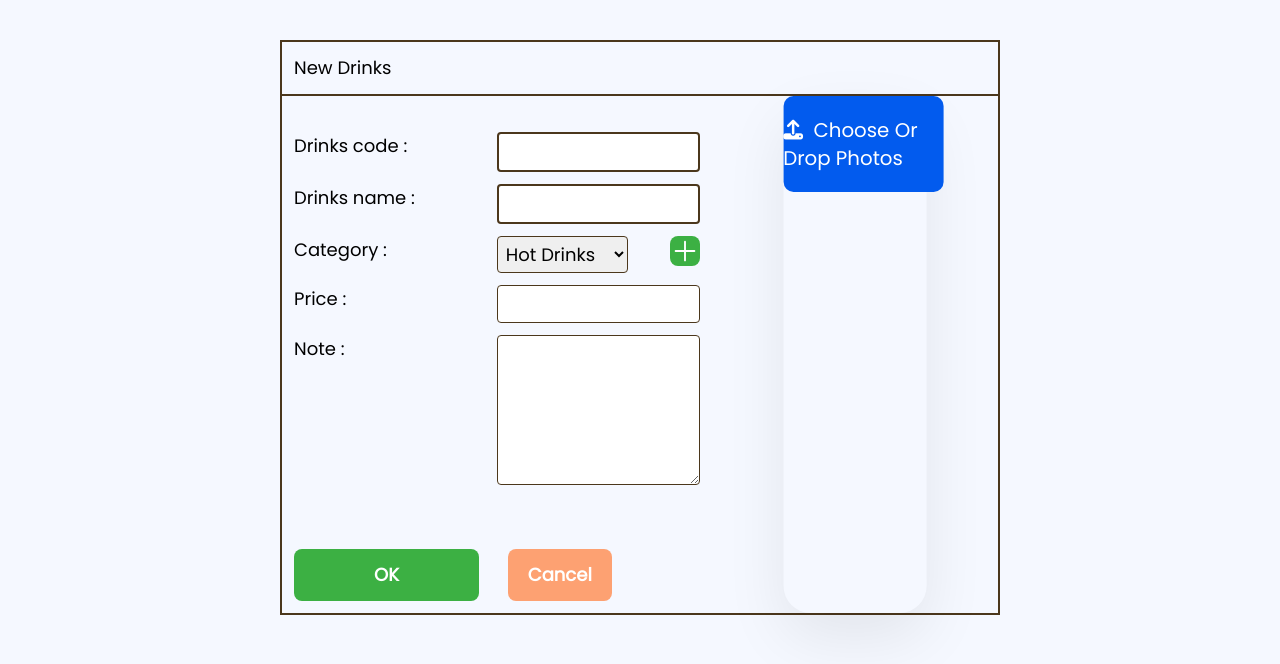
Repository: Dapravith/Midterm-SE-GIC-Cafe-Project-Group16
Page: src/main/resources/templates/addDrink.html
An editor plug-in stored every save of this project. The page is shown before and after the next save, followed by the edit.
The browser window is 1280 px wide. The pictures show the whole page.
Some web libraries are served in a nearby version.

Above is the page before, as saved 2023-05-16 22:46:38.

### src/main/resources/templates/addDrink.html
<!DOCTYPE html>
<html lang="en">

<head>
    <meta charset="UTF-8">
    <meta http-equiv="X-UA-Compatible" content="IE=edge">
    <meta name="viewport" content="width=device-width, initial-scale=1.0">
    <title>Add New Drink</title>
    <script src="https://cdn.tailwindcss.com"></script>
    <!-- Font Awesome Icons -->
    <link rel="stylesheet" href="https://cdnjs.cloudflare.com/ajax/libs/font-awesome/6.2.0/css/all.min.css" />
    <!-- Google Font -->
    <link href="https://fonts.googleapis.com/css2?family=Poppins&display=swap" rel="stylesheet" />
    <style>
        * {
            padding: 0;
            margin: 0;
            box-sizing: border-box;
            font-family: "Poppins", sans-serif;
        }

        body {
            background-color: #f5f8ff;
            justify-content: right;
        }

        button:hover {
            box-shadow: 0 13px 18px 0 rgba(151, 208, 27, 0.24), 0 19px 50px 0 rgba(238, 227, 21, 0.19);
        }

        .images {
            width: 20%;
            position: static;
            transform: translate(50%);
            left: 50%;
            right: 50%;
            box-shadow: 0 1.35em 3.43em rgba(0, 0, 0, 0.08);
            border-radius: 1.5em;
        }

        input[type="file"] {
            display: none;
        }

        .upload-images {
            display: block;
            position: relative;
            background-color: #025bee;
            color: #ffffff;
            font-size: 1.1em;
            width: 10rem;
            padding: 1em 0;
            border-radius: 0.5em;
            margin: 0 auto 1em auto;
            cursor: pointer;
        }

        #image-display {
            position: relative;
            width: 5%;
            margin: 0 auto;
            display: flex;
            justify-content: space-between;
            align-items: center;
            gap: 1.5em;
            flex-wrap: wrap;
        }

        #image-display figure {
            width: 10%;
        }

        #image-display img {
            width: 2em;
        }

        #image-display figcaption {
            font-size: 0.5em;
            text-align: center;
            justify-items: right;
            color: #5a5861;
        }

        .active {
            border: 0.2em dashed #025bee;
        }

        #error {
            text-align: center;
            color: #ff3030;
        }
    </style>
</head>

<body class="m-10 text-lg">
    <!-- Crud PRODUCTS -->
    <div class="new_drink w-[60%] h-fit m-auto  border-[2px] border-solid border-[#4B371C] ">
        <div class="head p-3">
            <h2>New Drinks</h2>
        </div>
        <div class="w-[100%] border-[1px] border-solid border-[#4B371C]"></div>
        <div class="flex">
            <div class="add_drink w-[60%]">
                <div class="py-3 ">
                    <form action="#" class="p-3 ">
                        <div class="mt-3 grid grid-cols-2">
                            <label class="mr-5" for="dcode">Drinks code :</label>
                            <input type="text" id="dcode" name="" class="p-1 border-[2px] border-solid border-[#4B371C] rounded" placeholder="">
                        </div>
                        <div class="mt-3 grid grid-cols-2">
                            <label class="mr-5" for="dname">Drinks name :</label>
                            <input type="text" id="dname" name="" class="p-1 border-[2px] border-solid border-[#4B371C] rounded" placeholder="">
                        </div>
                        <div class="mt-3 grid grid-cols-2">
                            <label class="mr-5" for="category">Category :</label>
                            <div class="flex justify-between">
                                <select type="add-item" id="category" name="" class="p-1 border-[1px] border-solid border-[#4B371C] rounded" placeholder="">
                                    <option value="1">Hot Drinks</option >
                                    <option value="2" >Cool Drinks</option >
                                    <option value="3" >Frappe</option >
                                    <option value="4" >Food</option >
                                </select>
                                <button id="add_category" class=" w-fit h-fit bg-[#3CB043] text-center text-white font-bold cursor-pointer duration-100 rounded-lg">
                                    <svg xmlns="http://www.w3.org/2000/svg" fill="none" viewBox="0 0 24 24" stroke-width="1.5" stroke="currentColor" class="w-[30px] h-[30px] " onclick="showPopup()">
                                        <path stroke-linecap="round" stroke-linejoin="round" d="M12 4.5v15m7.5-7.5h-15" />
                                    </svg>
                                </button>

                            </div>

                        </div>

                        <div class="mt-3 grid grid-cols-2">
                            <label class="mr-5" for="price">Price :</label>
                            <input name="" min="0" type="number" id="price" class="p-1 border-[1px] border-solid border-[#4B371C] rounded" placeholder="">
                        </div>
                        <div class="mt-3 grid grid-cols-2">
                            <label class="mr-5" for="note">Note :</label>
                            <textarea id="note" cols="50" rows="5" name="" class="p-1 w-full border-[1px] border-solid border-[#4B371C] rounded resize-x"> </textarea>
                        </div>
                    </form>
                </div>
                <br />
                <div>
                    <button class=" py-3 bg-[#3CB043] text-center text-white font-bold px-20 m-3 inline-block cursor-pointer duration-100 rounded-lg">OK</button>
                    <button class=" py-3 px-5 bg-[#FDA172] text-center text-white  font-bold p-3 m-3 inline-block cursor-pointer duration-100 rounded-lg">Cancel</button>
                </div>
            </div>
            <div class="images">
                <input type="file" id="upload-button" multiple accept="image/*" />
                <label class="upload-images" for="upload-button"><i class="fa-solid fa-upload"></i>&nbsp; Choose Or Drop Photos
                </label>
                <div id="error"></div>
                <div id="image-display"></div>
            </div>
        </div>
    </div>
    </div>
    <!-- ADD NEW CATEGORY -->
    <div class="popup w-[100vw] h-[100vh] absolute top-[0] left-[0] bg-[#f1f1f199] hidden z-[100]">
        <main class="w-[20rem] absolute top-[50%] left-[50%] translate-x-[-50%] translate-y-[-50%]">
            <div class="none w-full h-fit m-auto  border-[2px] border-solid border-[#4B371C]">
                <div class="head p-3">
                    <h2>New Category</h2>
                </div>
                <div class="w-[100%] border-[1px] border-solid border-[#4B371C]"></div>
                <div class=" ">
                    <form action="#" class="add_category p-3">
                        <div class="mt-3 grid grid-cols-2">
                            <label for="gcode">Category code :</label>
                            <input type="text" id="dcode" name="" class="category_code border-[1px] border-solid border-[#4B371C] rounded" placeholder="" required>
                        </div>
                        <div class="mt-3 grid grid-cols-2">
                            <label for="gname">Category name :</label>
                            <input type="text" id="gname" name="" class="category_name border-[1px] border-solid border-[#4B371C] rounded" placeholder="" required>
                        </div>
                        <br />
                        <div class="flex">
                            <input id="okay" type="submit" value="OK" class=" py-3 bg-[#3CB043] text-center font-bold text-white px-16 in m-3 p-3 line-block cursor-pointer duration-100 rounded-lg">
                            <button class="cancel py-3 px-5 bg-[#FDA172] text-center font-bold text-white p-3 m-3 inline-block cursor-pointer duration-100 rounded-lg">Cancel</button>
                        </div>
                    </form>
                </div>
            </div>
        </main>

    </div>
    <script>
        const addNewCat = document.getElementById("add_category");
        const popup = document.querySelector(".popup");
        const form_add_category = document.querySelector(".add_category ");

        addNewCat.addEventListener("click", showPopup);

        function showPopup() {
            popup.classList.remove('hidden')
        }

        form_add_category.addEventListener("submit", () => {
            clear()
            popup.classList.add('hidden')
        });

        document.querySelector('.cancel').addEventListener('click', () => {
            clear()
            popup.classList.add('hidden')
        })

        popup.addEventListener('click', (e) => {
            const target = e.target;

            if (target.classList.contains('popup')) {
                popup.classList.add('hidden')
            }
        })

        const clear = () => {
            document.querySelector('.category_name').value = ""
            document.querySelector('.category_code').value = ""
        }

        let uploadButton = document.getElementById("upload-button");
        let chosenImage = document.getElementById("chosen-image");
        let fileName = document.getElementById("file-name");
        let container = document.querySelector(".images");
        let error = document.getElementById("error");
        let imageDisplay = document.getElementById("image-display");

        const fileHandler = (file, name, type) => {
            if (type.split("/")[0] !== "image") {
                //File Type Error
                error.innerText = "Please upload an image file";
                return false;
            }
            error.innerText = "";
            let reader = new FileReader();
            reader.readAsDataURL(file);
            reader.onloadend = () => {
                //image and file name
                let imageContainer = document.createElement("figure");
                let img = document.createElement("img");
                img.src = reader.result;
                imageContainer.appendChild(img);
                imageContainer.innerHTML += `<figcaption>${name}</figcaption>`;
                imageDisplay.appendChild(imageContainer);
            };
        };

        //Upload Button
        uploadButton.addEventListener("change", () => {
            imageDisplay.innerHTML = "";
            Array.from(uploadButton.files).forEach((file) => {
                fileHandler(file, file.name, file.type);
            });
        });

        container.addEventListener(
            "dragenter",
            (e) => {
                e.preventDefault();
                e.stopPropagation();
                container.classList.add("active");
            },
            false
        );

        container.addEventListener(
            "dragleave",
            (e) => {
                e.preventDefault();
                e.stopPropagation();
                container.classList.remove("active");
            },
            false
        );

        container.addEventListener(
            "dragover",
            (e) => {
                e.preventDefault();
                e.stopPropagation();
                container.classList.add("active");
            },
            false
        );

        container.addEventListener(
            "drop",
            (e) => {
                e.preventDefault();
                e.stopPropagation();
                container.classList.remove("active");
                let draggedData = e.dataTransfer;
                let files = draggedData.files;
                imageDisplay.innerHTML = "";
                Array.from(files).forEach((file) => {
                    fileHandler(file, file.name, file.type);
                });
            },
            false
        );

        window.onload = () => {
            error.innerText = "";
        };
    </script>
</body>

</html>

After the next save:
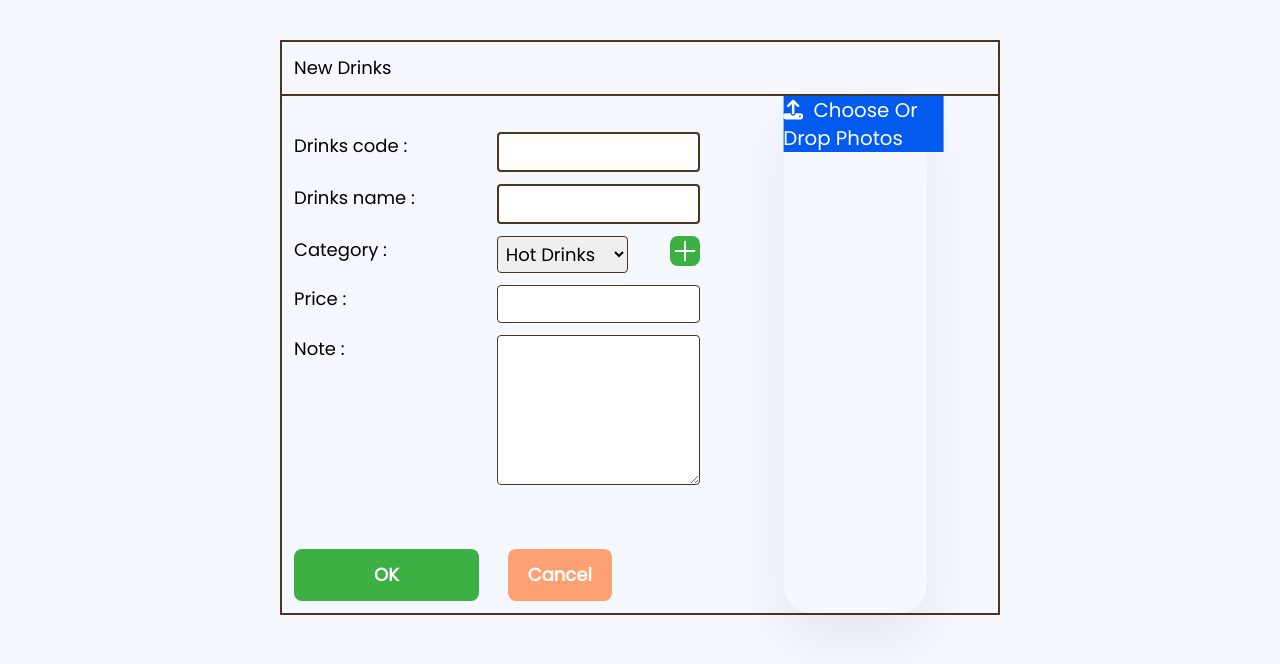
Saved 59 s later.
--- a/src/main/resources/templates/addDrink.html
+++ b/src/main/resources/templates/addDrink.html
@@ -49,9 +49,6 @@
             color: #ffffff;
             font-size: 1.1em;
             width: 10rem;
-            padding: 1em 0;
-            border-radius: 0.5em;
-            margin: 0 auto 1em auto;
             cursor: pointer;
         }
 

After the save that followed:
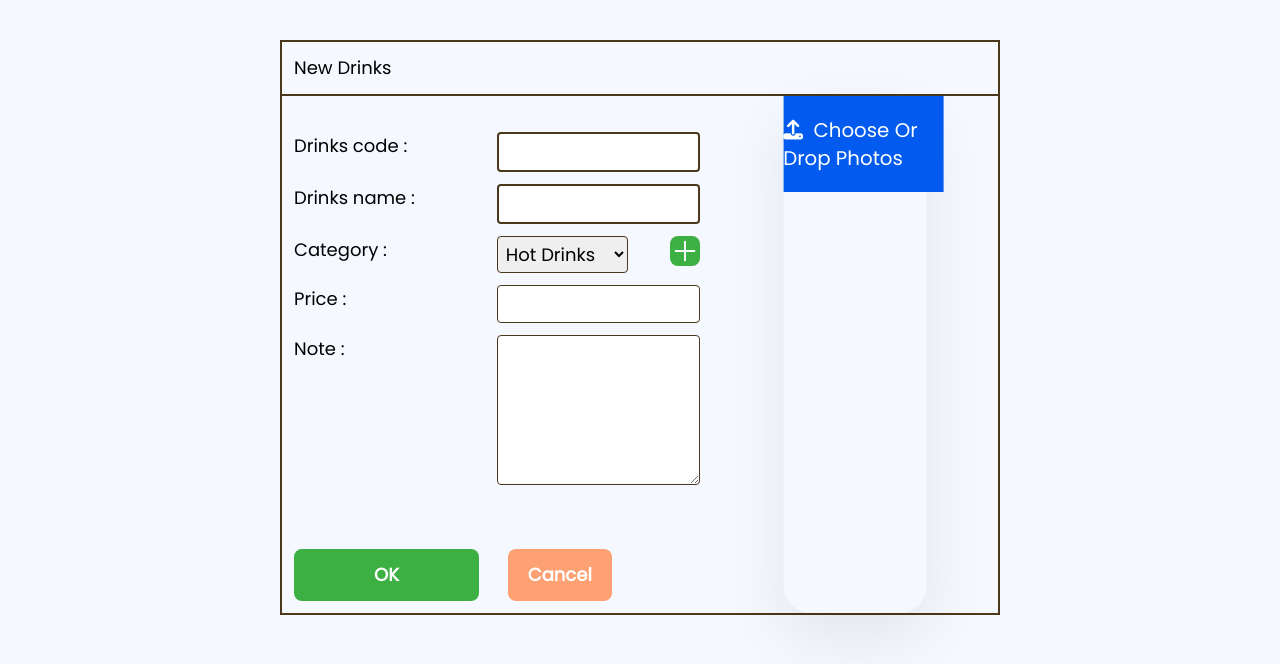
Saved 10 s later.
--- a/src/main/resources/templates/addDrink.html
+++ b/src/main/resources/templates/addDrink.html
@@ -49,6 +49,7 @@
             color: #ffffff;
             font-size: 1.1em;
             width: 10rem;
+            padding: 1em 0;
             cursor: pointer;
         }
 
